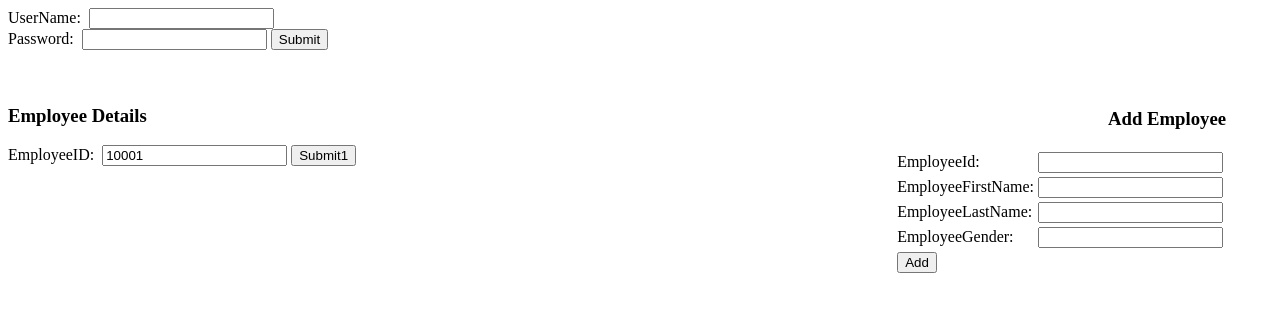
Repository: sandeep27y/MavenWebAppMultiModule-Servlets
Page: http://localhost/EmployeeApplication/LogIn.jsp
The author's editor kept a copy of each file at every save. The page is drawn from the files as they stood at one save, then again after the next save.
The browser window is 1280 px wide. The pictures show the whole page.
The page is served by Tomcat 9.

Above is the page before, as saved 2017-06-10 20:09:31.

After the next save:
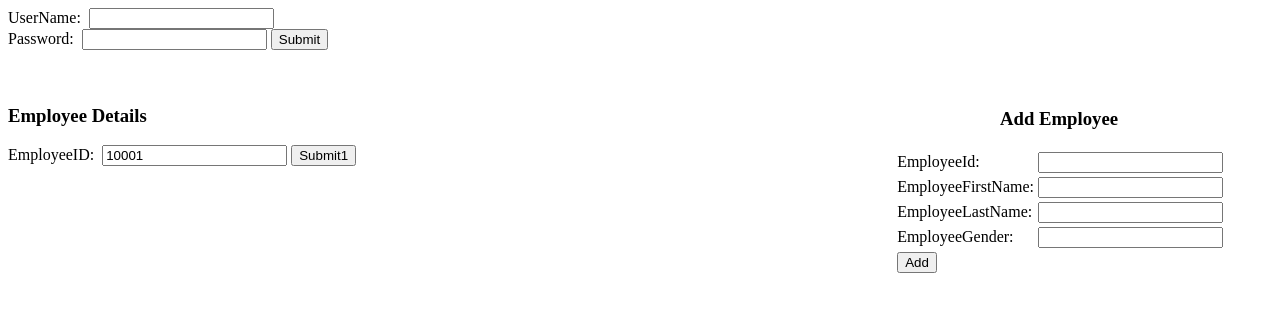
Saved 53 s later.
--- a/MavenWebAppMultiModule-Servlets/EmployeeMultiModule/EmployeeApplication/src/main/webapp/LogIn.jsp
+++ b/MavenWebAppMultiModule-Servlets/EmployeeMultiModule/EmployeeApplication/src/main/webapp/LogIn.jsp
@@ -22,7 +22,7 @@ EmployeeID: &nbsp;<input type="text" name="employeeId" value="10001">
 </div>
 <div align="right" style="margin-top: -77px; margin-right: 46px">
 <form action="/EmployeeApplication/add" method="post">
-<h3 style="margin-right: 0px">Add Employee</h3>
+<h3 style="margin-right: 108px">Add Employee</h3>
 <table>
 	<tr>
 		<td>EmployeeId: </td>
